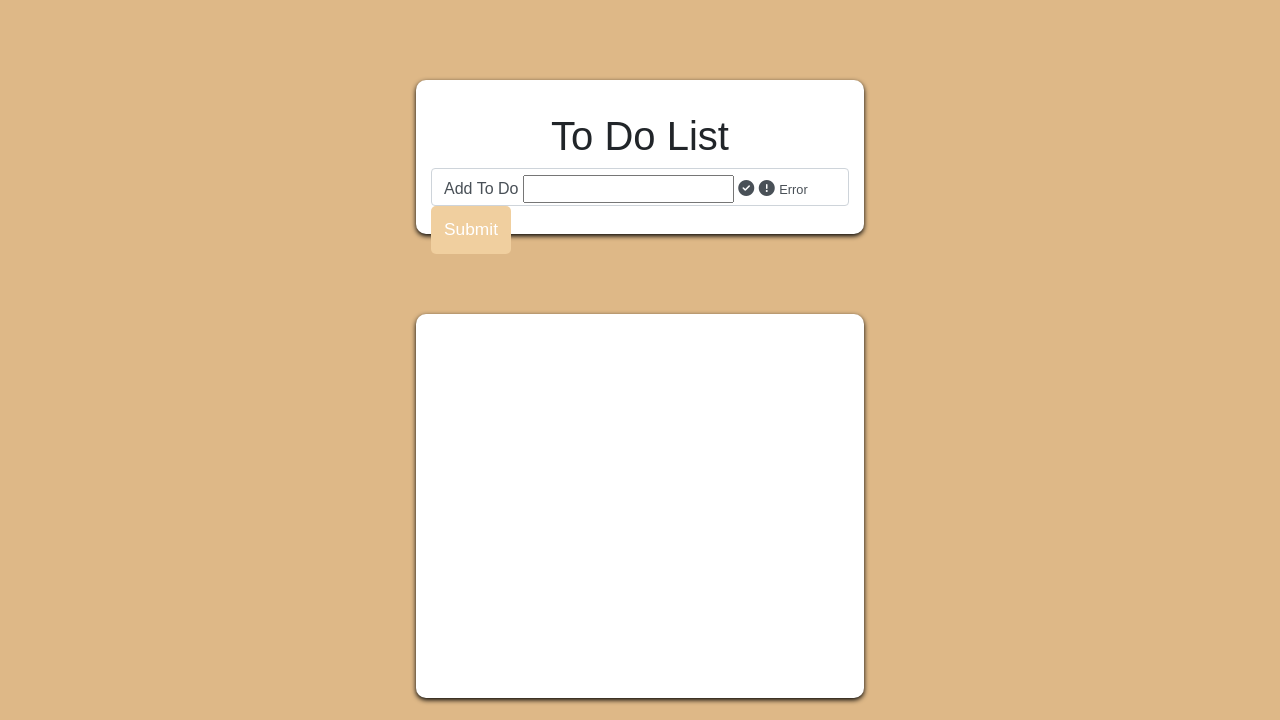
Repository: skepp4rn/todolist
Page: index.html
The author's editor kept a copy of each file at every save. The page is drawn from the files as they stood at one save, then again after the next save.
The browser window is 1280 px wide. The pictures show the whole page.
The page's requests for data from a server got no answer. Some web libraries are served in a nearby version.

Above is the page before, as saved 2021-01-28 11:44:53.

### index.html
<!DOCTYPE html>
<html lang="sv">
<head>
    <meta charset="UTF-8">
    <meta name="viewport" content="width=device-width, initial-scale=1.0">

    <script src="https://kit.fontawesome.com/ef4c0722a8.js" crossorigin="anonymous"></script>
    <link rel="stylesheet" href="https://cdn.jsdelivr.net/npm/bootstrap@4.5.3/dist/css/bootstrap.min.css" integrity="sha384-TX8t27EcRE3e/ihU7zmQxVncDAy5uIKz4rEkgIXeMed4M0jlfIDPvg6uqKI2xXr2" crossorigin="anonymous">
    <link rel="stylesheet" href="css/style.css">

    <title>To Do List</title>
</head>
<body>
    <div class="container">
        <div id="header">
            <h1>To Do List</h1>
        </div>

        <form class="form" id="form">
            <div class="form-control">
                <label>Add To Do</label>
                <input type="text" id="addToDo">
                <i class="fas fa-check-circle"></i>
                <i class="fas fa-exclamation-circle"></i>
                <small>Error message</small>
            </div>

            <button id="btn">Submit</button>
        </form>
    </div>

    <div class="container2">
        <div id="list"></div>
    </div>

    <script src="https://code.jquery.com/jquery-3.5.1.slim.min.js" integrity="sha384-DfXdz2htPH0lsSSs5nCTpuj/zy4C+OGpamoFVy38MVBnE+IbbVYUew+OrCXaRkfj" crossorigin="anonymous"></script>
    <script src="https://cdn.jsdelivr.net/npm/bootstrap@4.5.3/dist/js/bootstrap.bundle.min.js" integrity="sha384-ho+j7jyWK8fNQe+A12Hb8AhRq26LrZ/JpcUGGOn+Y7RsweNrtN/tE3MoK7ZeZDyx" crossorigin="anonymous"></script>
    <script src="https://cdnjs.cloudflare.com/ajax/libs/uuid/8.1.0/uuidv4.min.js"></script>
    <script src="script.js"></script>
</body>

### css/style.css
*{
    box-sizing: border-box;
    margin: 0;
    padding: 0;
}

body {
    background-color: burlywood;
    font-family: Arial, Helvetica, sans-serif;
    display: grid;
    justify-content: center;
}

.container {
    width: 35vw;
    display: grid;
    justify-content: center;
    background-color: #ffffff;
    border-radius: 10px;
    margin-top: 5rem;
    padding-bottom: 2rem;
    height: 12vw;
    box-shadow: 0 2px 5px black;
}

.container2 {
    width: 35vw;
    display: grid;
    justify-content: center;
    background-color: #ffffff;
    border-radius: 10px;
    margin-top: 5rem;
    padding-bottom: 2rem;
    height: 30vw;
    overflow-y: auto;
    box-shadow: 0 2px 5px black;
}

#header {
    margin-top: 2rem;
    text-align: center;
}

#btn {
    border: none;
    border-radius: 5px;
    padding: 0.5rem;
    background-color: #f0cf9f;
    color: #ffffff;
    font-size: 13pt;
    width: 5rem;
    height: 3rem;
    align-self: center;

}

.todobox {
    padding-top: 2rem;
    padding-bottom: 1rem;
    width: 32vw;
    display: grid;
    grid-template-columns: 5fr 1fr;
}

.knappar {
    display: grid;
    gap: 2rem;
}

.todoinput {
    display: flex;
    align-items: center;
}

.fa-trash {
    padding: 0.5rem;
    border: none;
    border-radius: 5px;
    color: #ffffff;
    background-color: red;
    width: 5rem;
}

.fa-undo {
    padding: 0.5rem;
    border: none;
    border-radius: 5px;
    color: #ffffff;
    background-color: #f0cf9f;
    width: 5rem;
}

.done {
    border: none;
    border-radius: 5px;
    padding: 0.5rem;
    background-color: #f0cf9f;
    color: #ffffff;
    font-family: inherit;
    font-size: 14pt;
    width: 5rem;
    height: 3rem;
}

### script.js
let ToDo = [];
let addToDos = document.getElementById('addToDo');
let form = document.getElementById('form');
let check = false;
let subbtn = document.getElementById('subbtn');
let list = document.querySelector('#list');
const fetchTodos = () => {
    fetch('https://jsonplaceholder.typicode.com/todos?_start20=&_limit=10')
    .then(res => res.json())
    .then(data => {
      ToDo = data;
      listelement(ToDo);
    })
}
fetchTodos();

const listelement = (ToDo) => {
    list.innerHTML = '';
    ToDo.forEach(todo => {
        list.innerHTML += newTodo(todo);
    })
    console.log(ToDo);
}

const newTodo = todo => {

    let template = todo.completed ? `
    <div id="${todo.id}" class="todoinput completed">
        <div class="todobox">
          <h3 class="title">${todo.title}</h3>
            <div class="knappar">
                <button class="fas fa-undo"></button>
                <button class="fas fa-trash"></button>
            </div>
        </div>
    </div>
    `
    : `
    <div id="${todo.id}" class="todoinput">
        <div class="todobox">
            <h3 class="title">${todo.title}</h3>
            <button class="done">Done</button>
        </div>
    </div>
    `
    return template
  }


  const createTodo = (title) => {

    fetch('https://jsonplaceholder.typicode.com/todos',{
      method: 'POST',
      headers: {
        'Content-type': 'application/json; charset=UTF-8'
      },
      body: JSON.stringify({
        title,
        completed: false
      })
    })
    .then(res => res.json())
    .then(data => {
        let _todo = {
            title: data.title,
            completed: data.completed,
            id: uuidv4()
        }
      console.log(data)
      ToDo.unshift(_todo);
      listelement(ToDo);
    })
}

form.addEventListener('submit', (e) => {
    e.preventDefault();

    checkInputs();

    if(check == true) {
        removeinput(addToDos);

        createTodo(addToDos.value)
        listelement(ToDo);

        addToDos.value = '';
    }
});

function checkInputs() {
    let addToDosValue = addToDos.value.trim();

    if(addToDosValue === ``) {
    setErrorFor(addToDos, `To Do cannot be blank`);

    } else {
        setSuccessFor(addToDos);
    }
}

function setErrorFor(input, message) {
    let formControl = input.parentElement;
    let small = formControl.querySelector('small');
    small.innerText = message;
    formControl.className = 'form-control error';
    check = false;
}

function setSuccessFor(input) {
    let formControl = input.parentElement;
    formControl.className = 'form-control success';
    check = true;
}

function removeinput(input) {
    let formControl = input.parentElement;
    formControl.className = 'form-control';
}

list.addEventListener('click', (e) => {
    if(e.target.classList.contains('done')) {
        complete(e.target.parentNode.parentNode.id)
    }
    else if(e.target.classList.contains('fa-undo')) {
        complete(e.target.parentNode.parentNode.parentNode.id)
    }
})

function complete(id) {
    ToDo.map(todo => {
        if(todo.id == id){
            todo.completed = !todo.completed
        }
        return todo
    })
    listelement(ToDo)
}

list.addEventListener('click', (e) => {

    if(e.target.classList.contains('fa-trash')) {
        ToDo = ToDo.filter(removetodo => removetodo.id != e.target.parentNode.parentNode.parentNode.id)
        listelement(ToDo)
    }
});

After the next save:
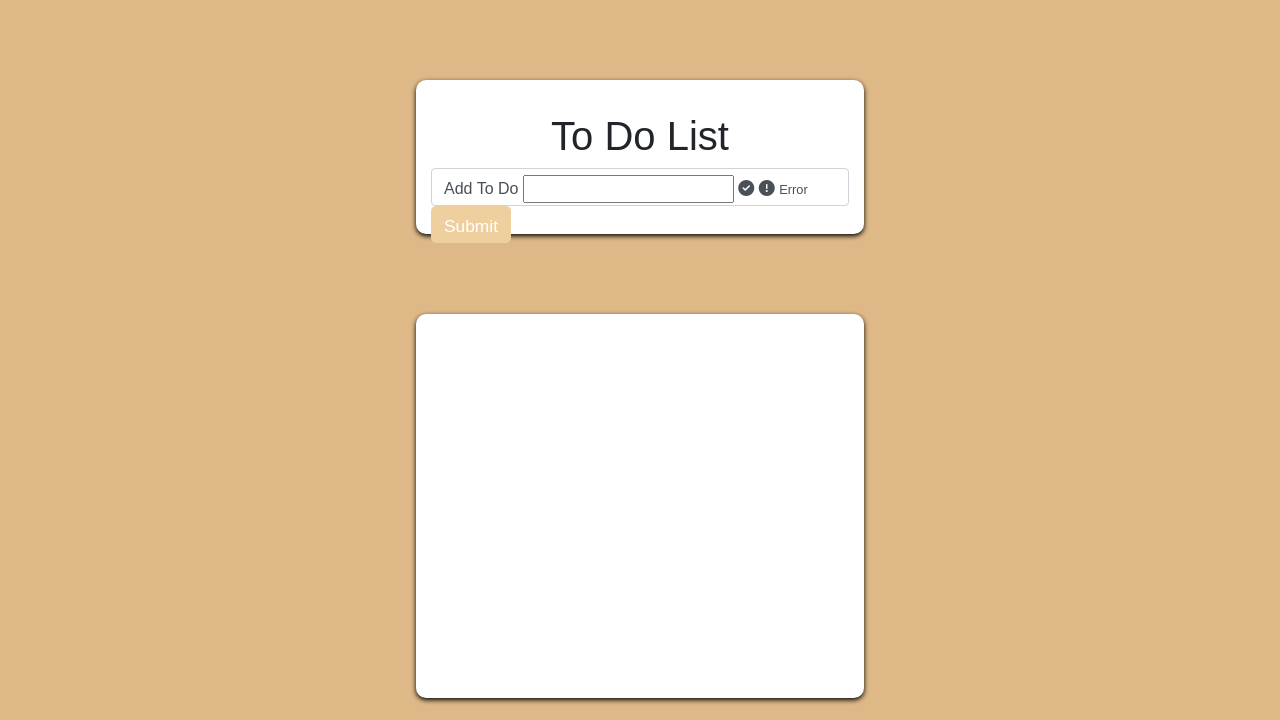
Saved 5 s later.
--- a/css/style.css
+++ b/css/style.css
@@ -49,7 +49,7 @@ body {
     color: #ffffff;
     font-size: 13pt;
     width: 5rem;
-    height: 3rem;
+    height: 2.3rem;
     align-self: center;
 
 }
